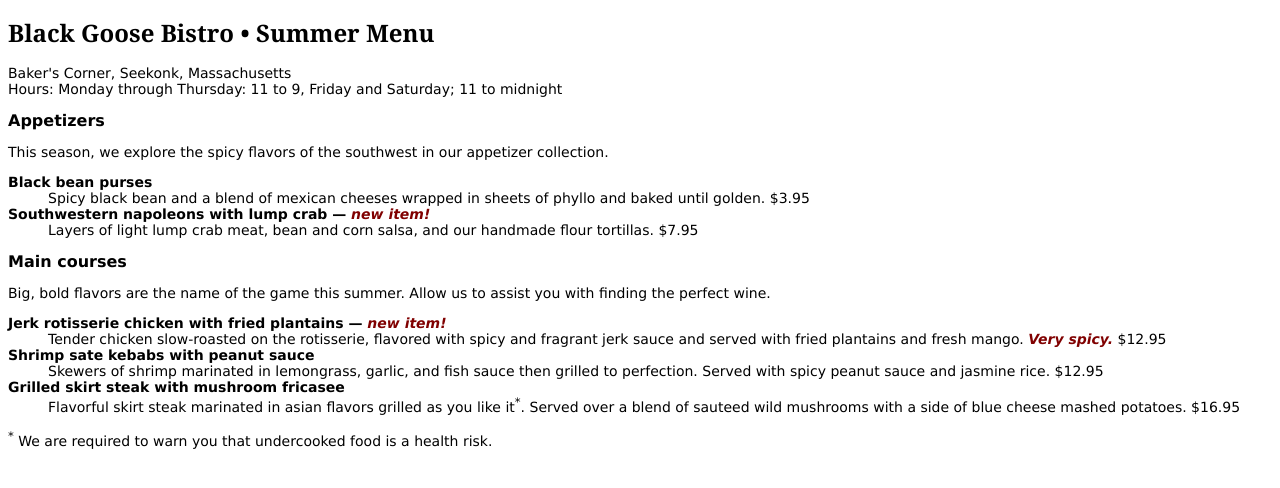
Repository: Lithium87/WebDesign
Page: Bistro/menu.html
An editor plug-in stored every save of this project. The page is shown before and after the next save, followed by the edit.
The browser window is 1280 px wide. The pictures show the whole page.
Some web fonts or font styles are not loaded; a fallback is used.

Above is the page before, as saved 2020-04-14 10:29:44.

### Bistro/menu.html
<!DOCTYPE html >
<html>

<head>
    <meta charset="utf-8">
    <title>Black Goose Bistro Summer Menu</title>
    <link href="http://fonts.googleapis.com/ css?family=Marko+One" rel="stylesheet">
    <style>
        body {
            font-family: Verdana, sans-serif;
            font-size: 100%;
        }

        h1 {
            font: bold 1.5em "Marko One", Georgia, serif;
        }

        h2 {
            font-size: 1em;
        }

        p,
        dl {
            font-size: 0.875em;
        }

        dt {
            font-weight: bold;
        }

        strong {
            font-style: italic;
            color: maroon;
        }
    </style>
</head>

<body>

    <div id="info">
        <h1>Black Goose Bistro &bull; Summer Menu</h1>

        <p>Baker's Corner, Seekonk, Massachusetts<br>
            <span class="label">Hours: Monday through Thursday:</span> 11 to 9, <span class="label">Friday and Saturday;</span> 11 to midnight</p>
    </div>

    <div id="appetizers">
        <h2>Appetizers</h2>
        <p>This season, we explore the spicy flavors of the southwest in our appetizer collection.</p>

        <dl>
            <dt>Black bean purses</dt>
            <dd>Spicy black bean and a blend of mexican cheeses wrapped in sheets of phyllo and baked until golden. <span class="price">$3.95</span></dd>

            <dt class="newitem">Southwestern napoleons with lump crab &mdash; <strong>new item!</strong></dt>
            <dd>Layers of light lump crab meat, bean and corn salsa, and our handmade flour tortillas. <span class="price">$7.95</span></dd>
        </dl>
    </div>

    <div id="entrees">

        <h2>Main courses</h2>
        <p>Big, bold flavors are the name of the game this summer. Allow us to assist you with finding the perfect wine.</p>


        <dl>

            <dt class="newitem">Jerk rotisserie chicken with fried plantains &mdash; <strong>new item!</strong></dt>
            <dd>Tender chicken slow-roasted on the rotisserie, flavored with spicy and fragrant jerk sauce and served with fried plantains and fresh mango. <strong>Very spicy.</strong> <span class="price">$12.95</span></dd>

            <dt>Shrimp sate kebabs with peanut sauce</dt>
            <dd>Skewers of shrimp marinated in lemongrass, garlic, and fish sauce then grilled to perfection. Served with spicy peanut sauce and jasmine rice. <span class="price">$12.95</span></dd>

            <dt>Grilled skirt steak with mushroom fricasee</dt>
            <dd>Flavorful skirt steak marinated in asian flavors grilled as you like it<sup>*</sup>. Served over a blend of sauteed wild mushrooms with a side of blue cheese mashed potatoes. <span class="price">$16.95</span></dd>
        </dl>

    </div>

    <p class="warning"><sup>*</sup> We are required to warn you that undercooked food is a health risk.</p>

</body>

</html>

After the next save:
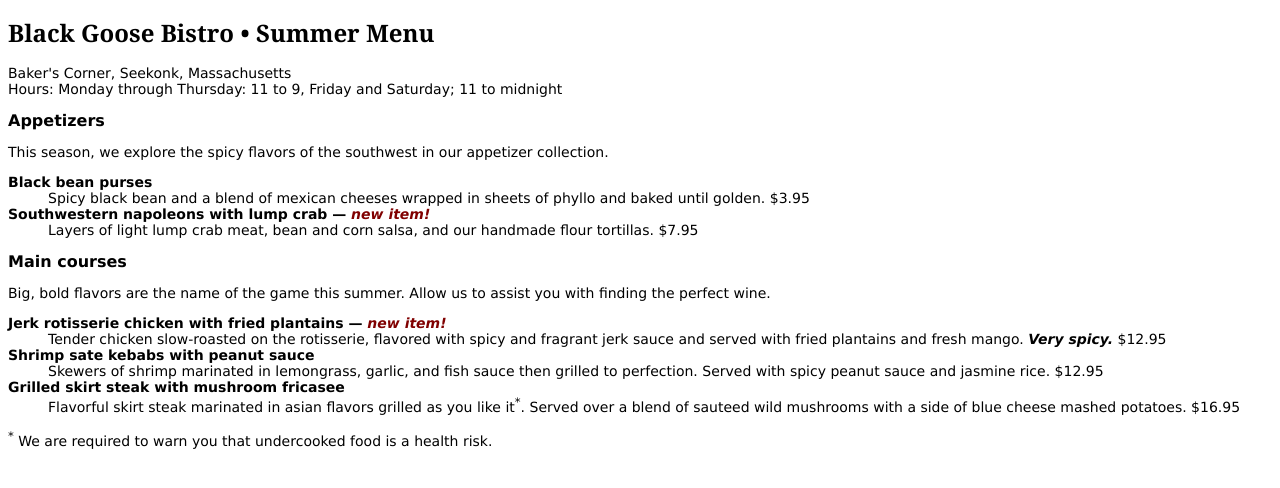
Saved 77 s later.
--- a/Bistro/menu.html
+++ b/Bistro/menu.html
@@ -30,6 +30,9 @@
 
         strong {
             font-style: italic;
+        }
+
+        dt strong {
             color: maroon;
         }
     </style>
